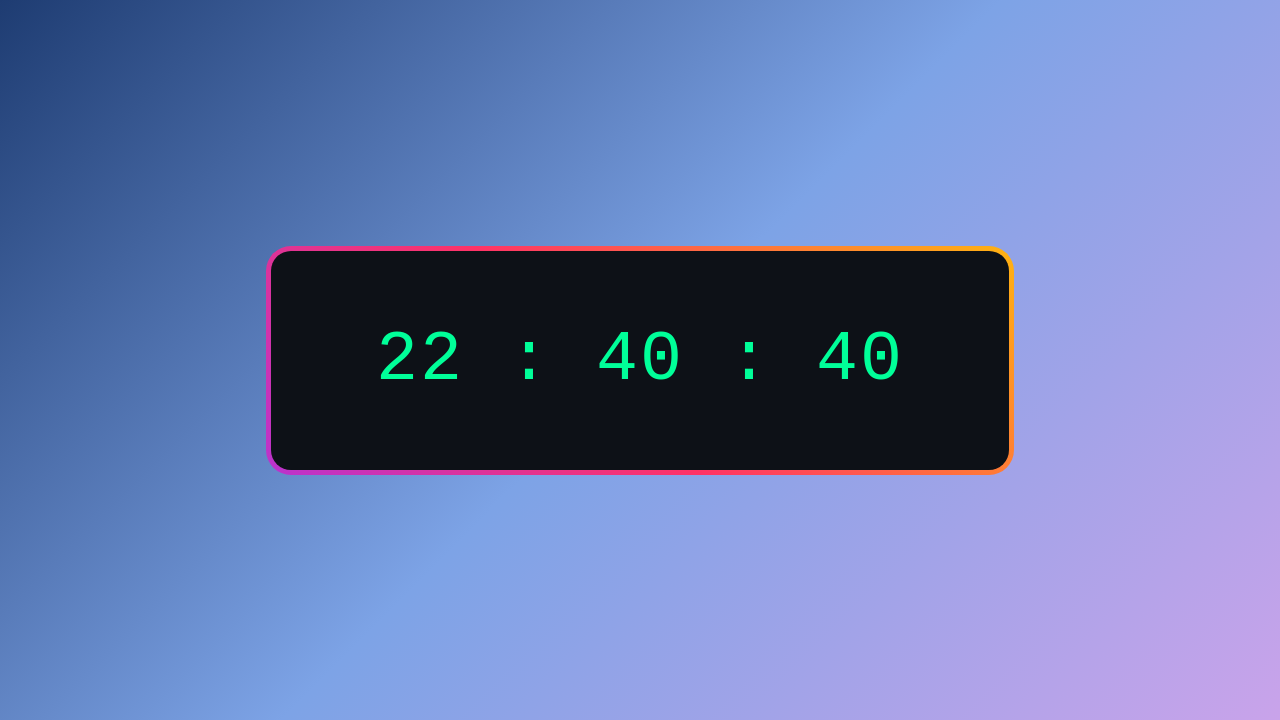
Repository: trunghau06/baiTapJs
Page: clock.html
An editor plug-in stored every save of this project. The page is shown before and after a run of saves, followed by the edit.
The browser window is 1280 px wide. The pictures show the whole page.

Above is the page before, as saved 2025-10-21 22:40:28.

After the next 2 saves:
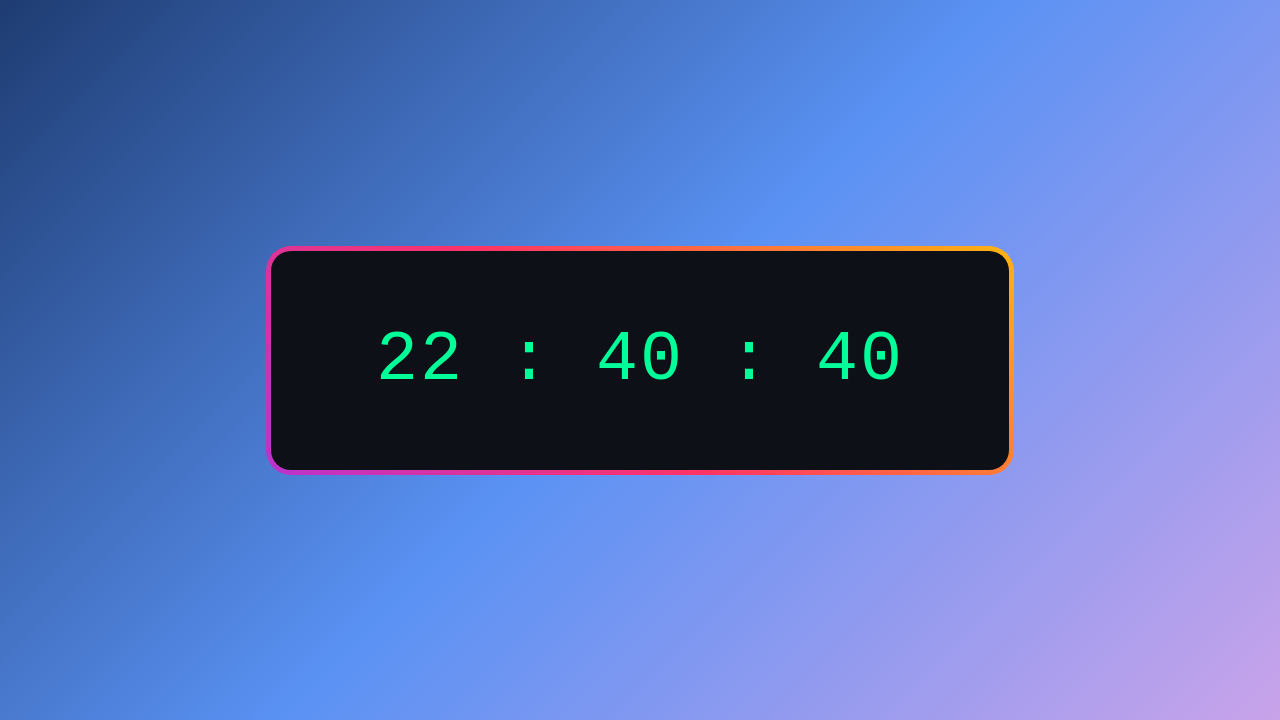
The 2 saves are shown as one change because they came seconds apart.
The last was saved 7 s later.
--- a/clock.css
+++ b/clock.css
@@ -6,7 +6,7 @@
 
 body {
   font-family: monospace;
-  background: linear-gradient(135deg, #1e3c72 0%, #7da3e6 50%, #c9a3ea 100%);
+  background: linear-gradient(135deg, #1e3c72 0%, #5a92f4 50%, #c9a3ea 100%);
   display: flex;
   flex-direction: column;
   align-items: center;
